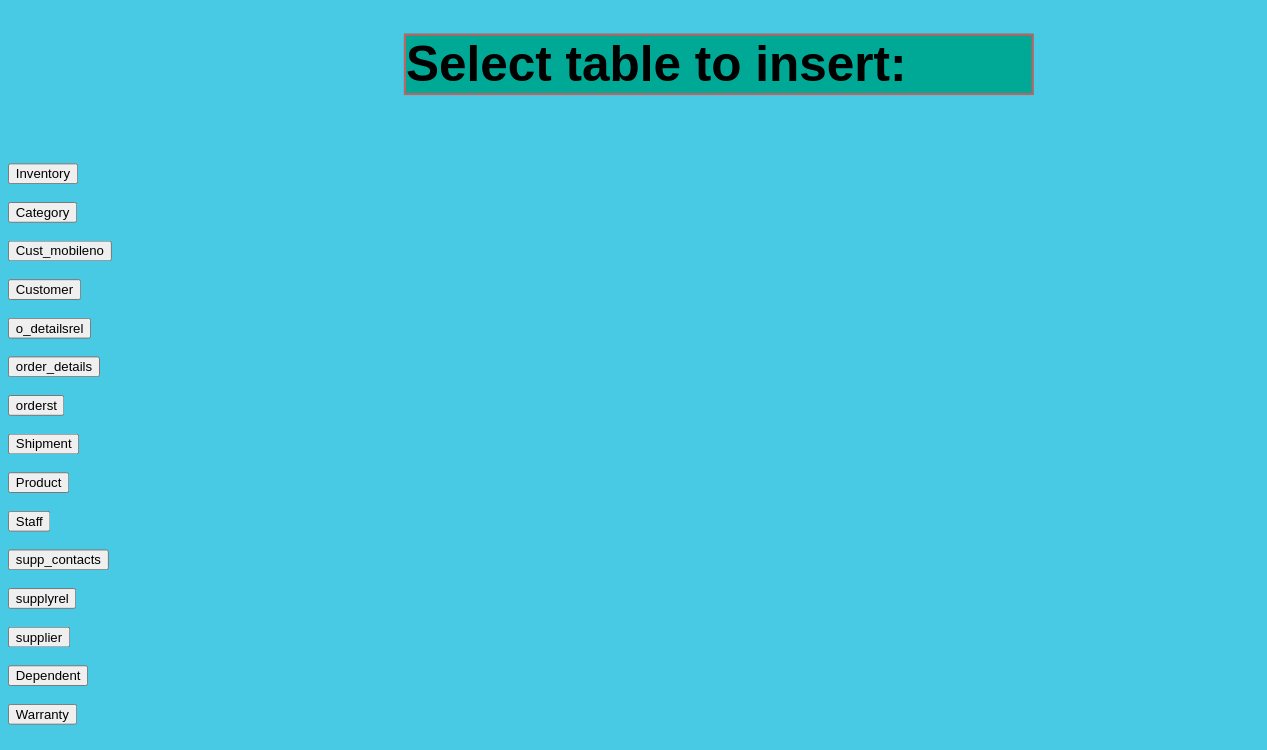
Repository: cyrusdwivedi2002/inventory-management-system
Page: DemoApp/src/main/webapp/insert.html
An editor plug-in stored every save of this project. The page is shown before and after the next save, followed by the edit.
The browser window is 1280 px wide. The pictures show the whole page, at 99% of full size.
Some web fonts or font styles are not loaded; a fallback is used.

Above is the page before, as saved 2022-06-24 19:08:28.

After the next save:
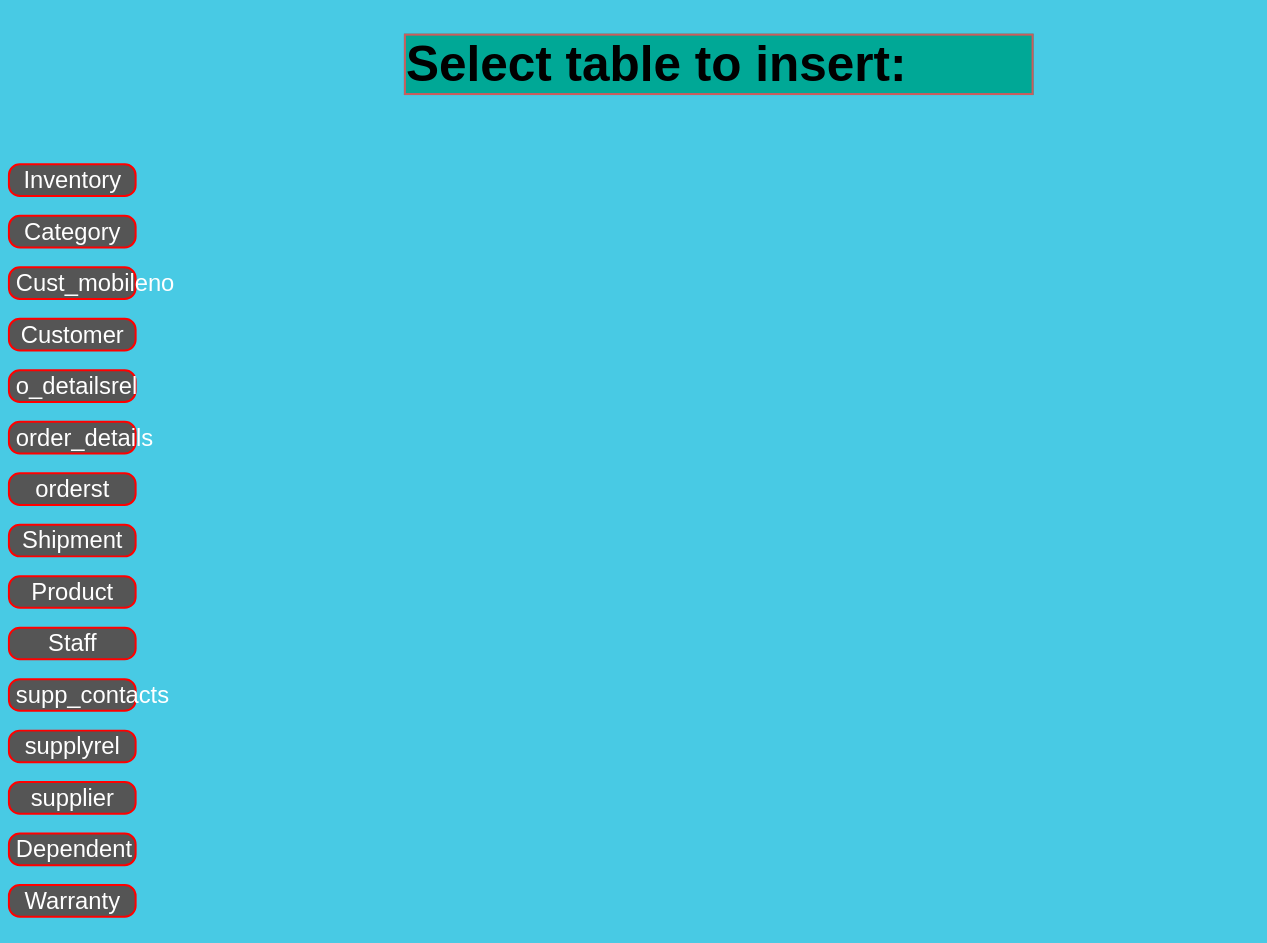
Saved 29 s later.
--- a/DemoApp/src/main/webapp/insert.html
+++ b/DemoApp/src/main/webapp/insert.html
@@ -19,6 +19,25 @@ width: 50%;
 margin-left:8em;
 border: 2px solid indianred;
 font-size:50px;
+}
+
+button{
+background-color: #555555;
+color:white;
+font-size: 24px;
+width:130px;
+border-radius: 12px;
+border:2px solid red;
+}
+button:hover{
+cursor:pointer;
+background-color:#ef476f;
+box-shadow: 0 12px 16px 0 rgba(0,0,0,0.75), 0 17px 50px 0 rgba(0,0,0,0.50);
+transition: all 0.4s;
+}
+button:active {
+  background-color: #4CAF50; /* Green */
+  color: white;
 }
 </style>
 
